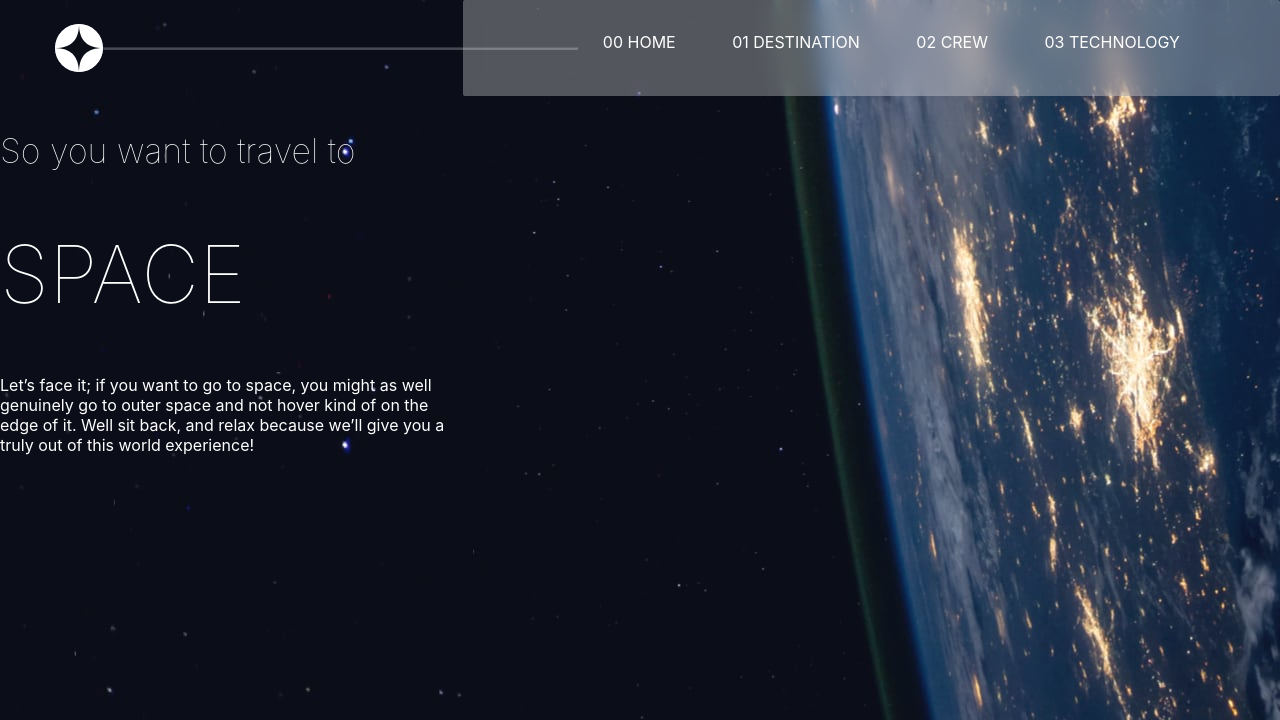
Repository: jhonenmanuel1/FrontEndMentor-MultiPageSpace
Page: /
These files come from the project's save history. The page is drawn as it stood at one moment and after the next save; the edit follows.
The browser window is 1280 px wide. The pictures show the whole page.
The project was rebuilt for these pictures with package versions that can differ from the ones it lists, and the page was loaded fresh each time.

Above is the page before, as saved 2022-06-21 16:34:14.

After the next save:
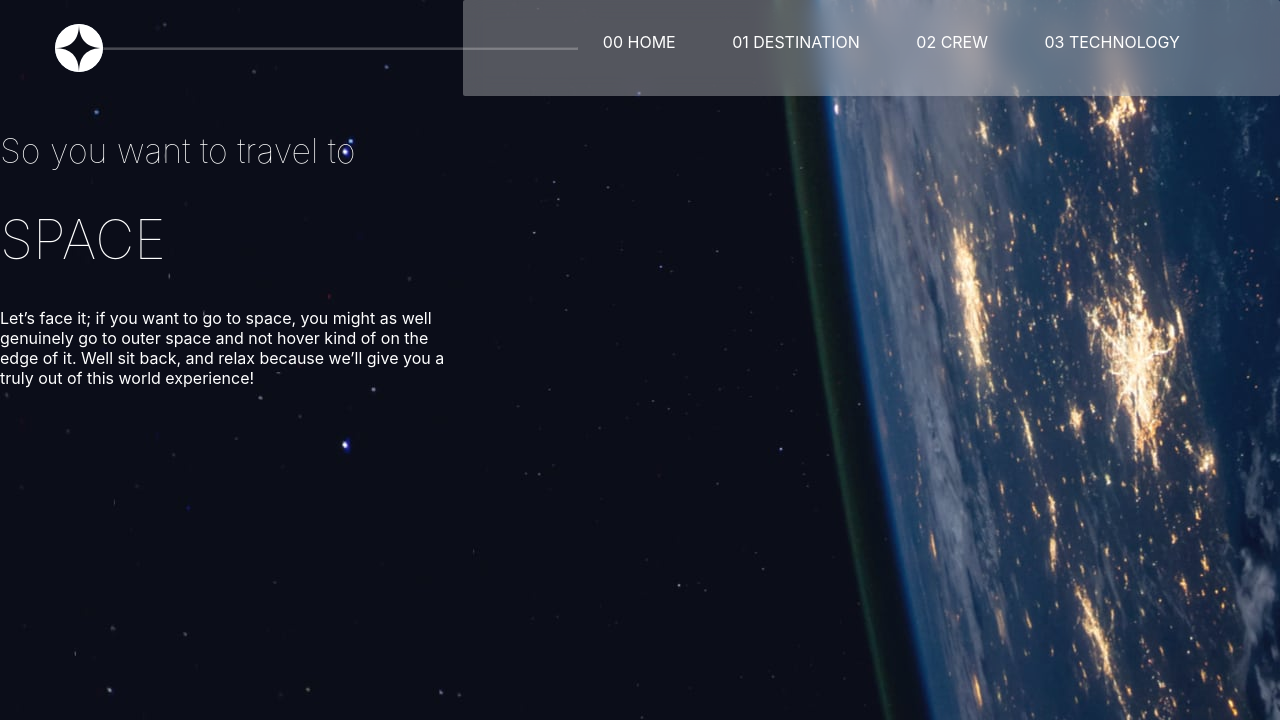
Saved 24 s later.
--- a/src/styles/homeview.module.css
+++ b/src/styles/homeview.module.css
@@ -14,5 +14,5 @@ body{
 }
 .homeSpaceTargeth1{
     font-weight: 1;
-    font-size: 80px;
+    font-size: 54px;
 }
